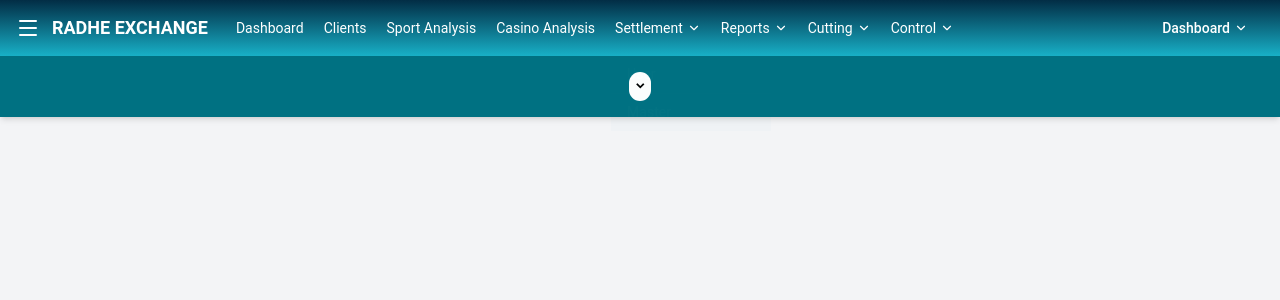
Repository: Habeebur1493/Radhe-Exchange
Page: /dashboard (app in frontend/)
The author's editor kept a copy of each file at every save. The page is drawn from the files as they stood at one save, then again after the next save.
The browser window is 1280 px wide. The pictures show the whole page.
Some web libraries are served in a nearby version. The project was rebuilt for these pictures with package versions that can differ from the ones it lists, and the page was loaded fresh each time. Also part of the build but not shown: frontend/vite.config.js, frontend/src/components/login.jsx, frontend/src/components/Register.jsx.

Above is the page before, as saved 2025-03-04 10:56:31.

After the next save:
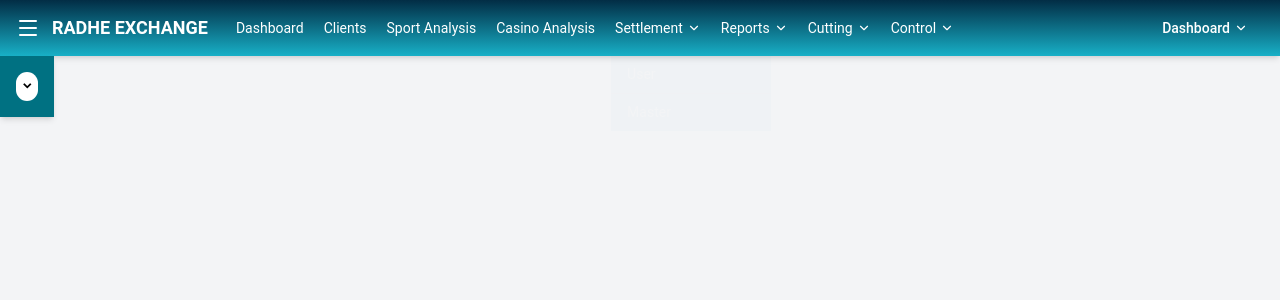
Saved 16 s later.
--- a/frontend/src/components/dashboard.jsx
+++ b/frontend/src/components/dashboard.jsx
@@ -215,7 +215,7 @@
       </nav>
 
       {/* Header */}
-      <header className="bg-[#007182] p-4 shadow-md z-100">
+      <header className="bg-[#007182] p-4 shadow-md absolute">
       {/* Dropdown Toggle */}
       <div
         className="cursor-pointer flex items-center justify-center"

After the save that followed:
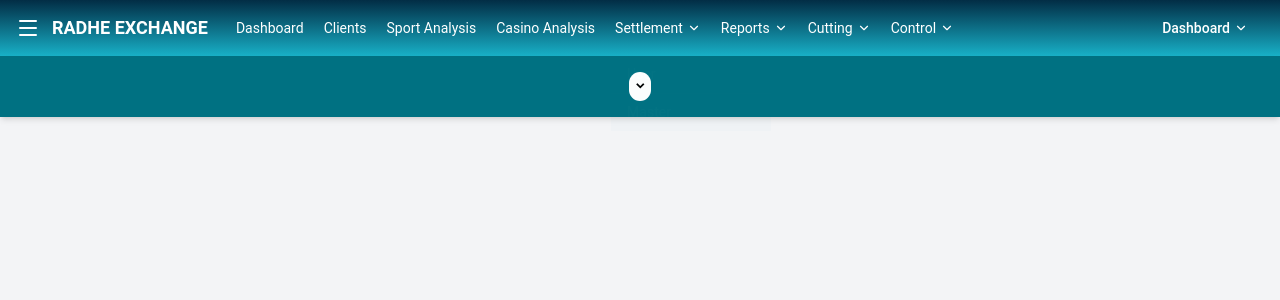
Saved 7 s later.
--- a/frontend/src/components/dashboard.jsx
+++ b/frontend/src/components/dashboard.jsx
@@ -215,7 +215,7 @@
       </nav>
 
       {/* Header */}
-      <header className="bg-[#007182] p-4 shadow-md absolute">
+      <header className="bg-[#007182] p-4 shadow-md ">
       {/* Dropdown Toggle */}
       <div
         className="cursor-pointer flex items-center justify-center"
